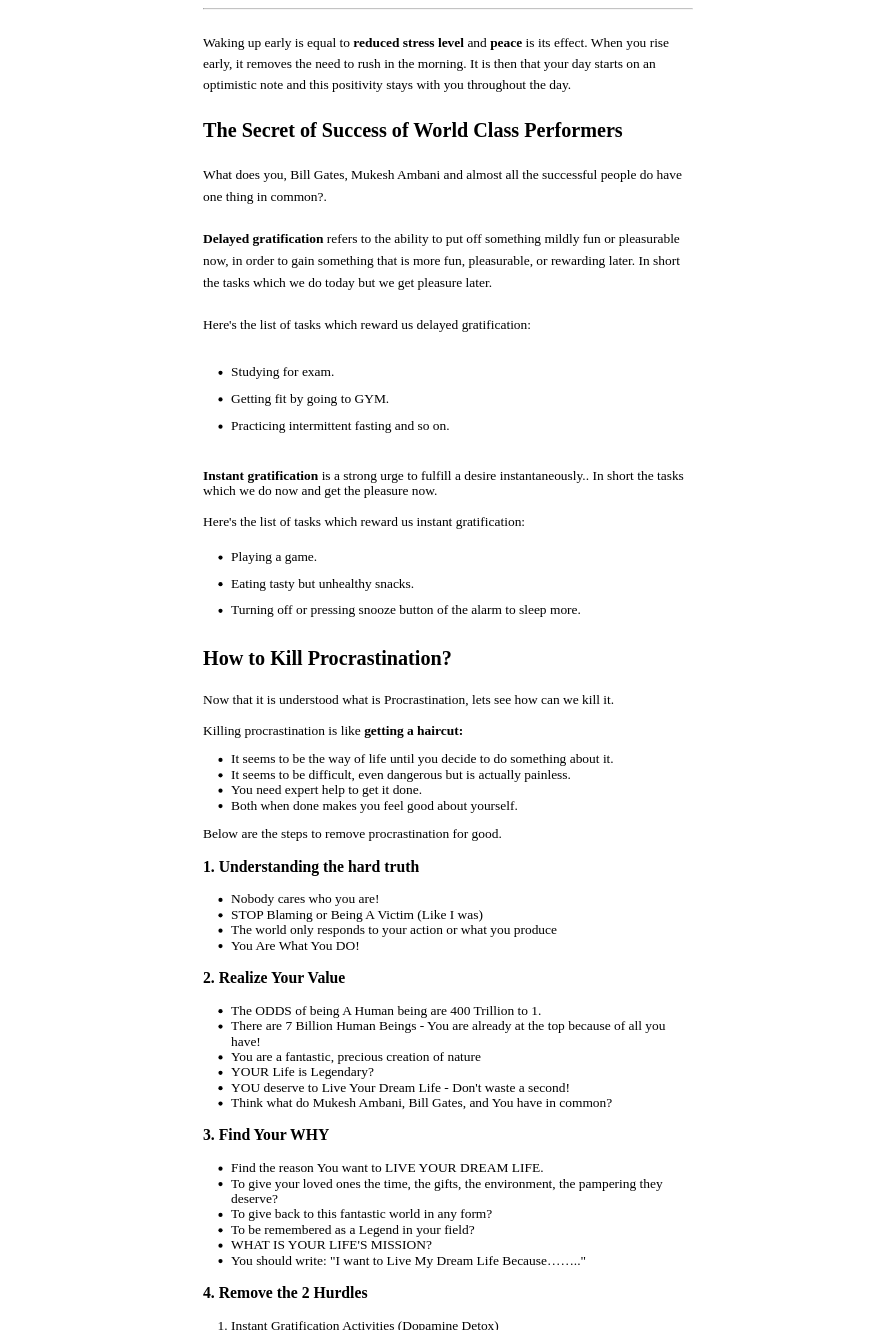
Repository: PuneetP16/Portfolio
Page: Wake Up At 5 AM Every Single Day Like Clockwork.html
The author's editor kept a copy of each file at every save. The page is drawn from the files as they stood at one save, then again after the next save.
The browser window is 1280 px wide. The pictures show the part of the page from y = 751 to 2651 px (the page is 4174 px tall), at 70% of full size.
A picture or video elsewhere on the page could not be fetched, so the positions and the page height are approximate. Some web fonts or font styles are not loaded; a fallback is used.

Above is the page before, as saved 2021-12-10 02:33:00.

### Wake Up At 5 AM Every Single Day Like Clockwork.html
<!DOCTYPE html>
<html lang="en">

<head>
  <meta charset="UTF-8" />
  <meta name="viewport" content="width=device-width, initial-scale=1.0" />
  <title>Wake Up At 5 AM Every Single Day Like Clockwork: Practical Approach</title>
  <link rel="stylesheet" href="style.css" />
</head>

<body>
  <div class="blog-container blog-container-center" style="margin-top: 5rem">
    <h1 class="main-head">Wake Up At 5 AM Every Single Day Like Clockwork: Practical Approach</h1>
    <strong> December 5, 2021</strong>
    <header class="blog-head">
      <img class="blog-img"
        src="Images/sage-friedman-HS5CLnQbCOc-unsplash.jpg"
        alt="Code" />
    </header>

    <hr />

    <p class="blog-paragraph">
      Waking up early is equal to <strong>reduced stress level</strong> and <strong>peace</strong> is its effect. When you rise early, it removes the need to rush in the morning. It is then that your day starts on an optimistic note and this positivity stays with you throughout the day.
    </p>

    <h2 class="blog-h2">The Secret of Success of World Class Performers</h2>
    <p class="blog-paragraph">
      What does you, Bill Gates, Mukesh Ambani and almost all the successful people do have one thing in common?. <br>
      <br>
      <strong>Delayed gratification</strong> refers to the ability to put off something mildly fun or pleasurable now, in order to gain something that is more fun, pleasurable, or rewarding later. In short the tasks which we do today but we get pleasure later. <br><br>
        Here's the list of tasks which reward us delayed gratification:
      <ul style="line-height: 2">
        <li>Studying for exam.</li>
        <li>Getting fit by going to GYM.</li>
        <li>Practicing intermittent fasting and so on.</li>
      </ul>
      <br>
      <strong>Instant gratification</strong> is a strong urge to fulfill a desire instantaneously.. In short the tasks which we do now and get the pleasure now. <br><br>
        Here's the list of tasks which reward us instant gratification:
      <ul style="line-height: 2">
        <li>Playing a game.</li>
        <li>Eating tasty but unhealthy snacks.</li>
        <li>Turning off or pressing snooze button of the alarm to sleep more.</li>
      </ul>
      <h2 class="blog-h2">How to Kill Procrastination?</h2>
      Now that it is understood what is Procrastination, lets see how can we kill it.<br><br>
      Killing procrastination is like <strong> getting a haircut:</strong> <br>
      <ul>
        <li>It seems to be the way of life until you decide to do something about it.</li>
        <li>It seems to be difficult, even dangerous but is actually painless.</li>
        <li>You need expert help to get it done.</li>
        <li>Both when done makes you feel good about yourself.</li>
      </ul>
      Below are the steps to remove procrastination for good.
      <h3>1. Understanding the hard truth </h3>
      <ul>
        <li>Nobody cares who you are!</li>
        <li>STOP Blaming or Being A Victim (Like I was) </li>
        <li>The world only responds to your action or what you produce</li>
        <li>You Are What You DO!</li>
      </ul>

      <h3>2. Realize Your Value</h3>
      <ul>
        <li>The ODDS of being A Human being are 400 Trillion to 1. </li>
        <li>There are 7 Billion Human Beings - You are already at the top because of all you have!</li>
        <li>You are a fantastic, precious creation of nature</li>
        <li>YOUR Life is Legendary?</li>
        <li>YOU deserve to Live Your Dream Life - Don't waste a second!</li>
        <li>Think what do Mukesh Ambani, Bill Gates, and You have in common?</li>
      </ul>

      <h3>3. Find Your WHY </h3>
      <ul>
        <li>Find the reason You want to LIVE YOUR DREAM LIFE.</li>
        <li>To give your loved ones the time, the gifts, the environment, the pampering they deserve?</li>
        <li>To give back to this fantastic world in any form?</li>
        <li>To be remembered as a Legend in your field? </li>
        <li>WHAT IS YOUR LIFE'S MISSION?</li>
        <li>You should write: "I want to Live My Dream Life Because…….."</li>
      </ul>

      <h3>4. Remove the 2 Hurdles</h3>
      <ol>
        <li>Instant Gratification Activities (Dopamine Detox)</li>
        <li>Your 1 Toxic Habit (Use I.E.R)</li>
      </ol>

      <h4>1st Hurdle: Instant Gratification Activities (Dopamine Detox)</h4>
      <ul>
        <li>Block ALL Notifications in your phone.</li>
        <li>Go to Settings -> Notifications</li>
        <li>Turn notifications off for ALL Apps</li>
        <li>This includes YouTube, Facebook, Instagram,  Amazon, Flipkart, Myntra, & ALL News apps etc.</li>
        <li>Such a Simple Step can itself show immediate benefits.</li>
        <li>Digital Detox - For the next 24 Hours - No Videos of any Kind, No Social Media, No Video Games, no songs.</li>
        <li>You can only read, write, talk, walk, eat simple food.</li>
      </ul>

      <h4>2nd Hurdle: Your 1 Toxic Habit (Use I.E.R)</h4>
      <ul>
        <li>I for identify: What is the one unproductive habit that takes up all your spare time?</li>
        <li>E for Eliminate: Remove it from the root. Never do it again.</li>
        <li>R for Replace: With 1 productive habit which contributes to your long-term growth. Make it easily accessible. Productive habits can be anything reading, writing, training or being with family.</li>
        <li>1 toxic habit wastes 80-90% of your time. Implementing this TODAY will dramatically transform you day.</li>
      </ul>

      <h3>5. Take Action NOW.</h3>
      <ol>
        <li>STEP 1: Write Down " I need to Live My Dream Life because..."</li>
        <li>STEP 2: Block ALL app notifications & go on a Digital Detox for 24 hours.</li>
        <li>STEP 3: Identify, Eliminate and Replace your one TOXIC HABIT. </li>
      </ol>
      I recommend to use the following worksheet to remove procrastination for good. <br>
      <a href="https://paruluniversityacin-my.sharepoint.com/:w:/g/personal/180305221005_paruluniversity_ac_in/Ebi1ldGi0OpBhula2y21DAMBttAGShh9H3HnfXRHy4TEcg?e=gIK8Ci">Digital worksheet for killing procrastination and finding your WHY.</a>
    <h2 class="blog-h2">Final Words</h2>
      <h3 class="quotes">If You Procrastinate on Killing Procrastination, Procrastination will kill you!</h3>
      <h3 class="quotes">Nothing can stop the man who will bet even his own existence on his stated purpose.</h3>

    <hr />

    <footer class="blog-footer">
      <div><strong>Social media handle's</strong></div>
      <ul class="social-links list-non-bullet">
        <li class="list-item-inline">
          <a class="link" href="https://twitter.com/PatelPuneet16" target="_blank">Twitter</a>
        </li>
        <li class="list-item-inline">
          <a class="link" href="https://github.com/PuneetP16" target="_blank">Github</a>
        </li>
        <li class="list-item-inline">
          <a class="link" href="https://www.linkedin.com/in/puneet-patel-96b607a0/" target="_blank">LinkedIn</a>
        </li>
      </ul>
    </footer>
  </div>
</body>

</html>

### style.css
@import url('https://fonts.googleapis.com/css2?family=Fuzzy+Bubbles&family=Merriweather&family=Montserrat:ital,wght@0,400;1,500&family=Sacramento&display=swap');

:root {
  --primary-color: #F87171;
  --off-white: #f3f4f6;
  --dark-gray: #6b7280;
}

body {
  font-family: 'Fuzzy Bubbles', cursive;
  max-width: 85%;
  margin: 0px auto;
  font-size: 1.2rem;
}

.container {
  padding-left: 1rem;
  padding-right: 1rem;
}

.container-center {
  max-width: 900px;
  width: 100%;
  margin: auto;
}

.container-center h1 {
  font-family: 'Sacramento', cursive;
  font-size: 2.4rem;
}

hr {
  margin: 2rem 0;
}

/** links **/
.link {
  text-decoration: none;
  border-radius: 0.5rem;
  padding: 0.8rem 0.8rem;
  margin-top: 0.5rem;
  margin-bottom: 0.5rem;
  display: inline-block;
}

.link-primary {
  background-color: var(--primary-color);
  color: white;
}

.link-secondary {
  border: 1px solid var(--primary-color);
  color: var(--primary-color);
}

.link-without-decoration {
  display: block;
  text-decoration: none;
  color: white;
  font-size: 2rem;
  margin: auto;
  text-align: center;
  padding-right: 550px;
}

/** Lists **/
.list-non-bullet {
  list-style: none;
  padding-inline-start: 0px;
  margin-block-end: 0px;
}

.list-item-inline {
  display: inline;
  padding: 0rem 0.5rem;
}

.list-item-container {
  padding: 1rem;
  text-align: center;
  border-radius: 1rem;
  margin-top: 1rem;
  margin-bottom: 3rem;
}

/** Navigation **/
.navigation {
  background-color: var(--primary-color);
  color: white;
  padding: 1rem;
  margin-bottom: 2rem;
  border-bottom-left-radius: 2rem;
  border-bottom-right-radius: 2rem;
}

.navigation .nav-head {
  font-weight: bold;
  font-size: 1.2rem;
}

.navigation .nav-pills {
  text-align: right;
  margin-top: 0px;
}

.navigation .link {
  color: white;
  font-size: 1.4rem;
}

.navigation .link-active {
  font-weight: bold;
}

/** Header **/
.hero {
  padding: 2rem;
}

.hero .hero-img {
  max-width: 450px;
  display: block;
  margin: auto;
}

.hero .hero-heading {
  color: var(--dark-gray);
  text-align: center;
}

.hero .hero-heading span {
  color: var(--primary-color);
}
/** Sections **/

.section {
  margin-top: 2rem;
  padding: 2rem;
  border-radius: 1rem;
  text-align: center;
}

.section p {
  font-size: 1.2rem;
}

.ow {
  background-color: var(--off-white);
}

/** Footer **/
.footer {
  background-color: var(--primary-color);
  color: white;
  margin-top: 2rem;
  padding: 2rem;
  padding-top: 20px;
  padding-bottom: 16px;
  border-top-right-radius: 1rem;
  text-align: center;
  border-top-left-radius: 3rem;
  border-top-right-radius: 3rem;
}

.footer .footer-header {
  font-weight: bold;
  font-size: large;
}

.footer .link {
  color: white;
}

.footer .social-links {
  padding-inline-start: 0px;
  margin-top: 8 px;
}

/** Blog Styling **/

.blog-container {
  padding-left: 1rem;
  padding-right: 1rem;
}

.blog-container-center {
  max-width: 700px;
  width: 100%;
  margin: auto;
}

div .blog-paragraph {
  margin-top: 2rem;
  margin-bottom: 2rem;
  line-height: 1.6;
}

div .blog-h2 {
  margin-top: 2rem;
  margin-bottom: 2rem;
}

div .blog-img {
  width: 100%;
  display: block;
}

div .blog-head {
  padding: 1rem;
}

/** blog footer **/

.blog-footer {
  color: Black;
  margin-top: 2rem;
  padding: 2rem;
  border-top-right-radius: 1rem;
  text-align: center;
}

.blog-footer .link {
  color: blue;
}

.main-head {
  font-weight: normal;
  margin-bottom: 0.5rem;
}

.quotes {
  text-align: center;
  font-size: 1.6rem;
  color:darkcyan;
}

.contact-me {
  background-color:#FEE2E2;
  padding: 0.05rem 0.5rem 2rem 0.5rem;
  border-radius: 1rem;
  font-size: 1.13rem;
}


.contact-me .btn{
  /* text-align: center;
  width: auto; */
  border-radius: 15px;
  font-size: 20px;
  font-weight: 600;
  background-color: var(--primary-color);
  color: white;
  padding: 10px 30px;
  border: 2px solid #000000;
  margin: auto;
  margin-top: 1rem;
  cursor: pointer;
  max-width: 85%;
}

.contact-me .btn:hover{
  background-color: #5FA8D3;
  color: #1B4965;
}

After the next save:
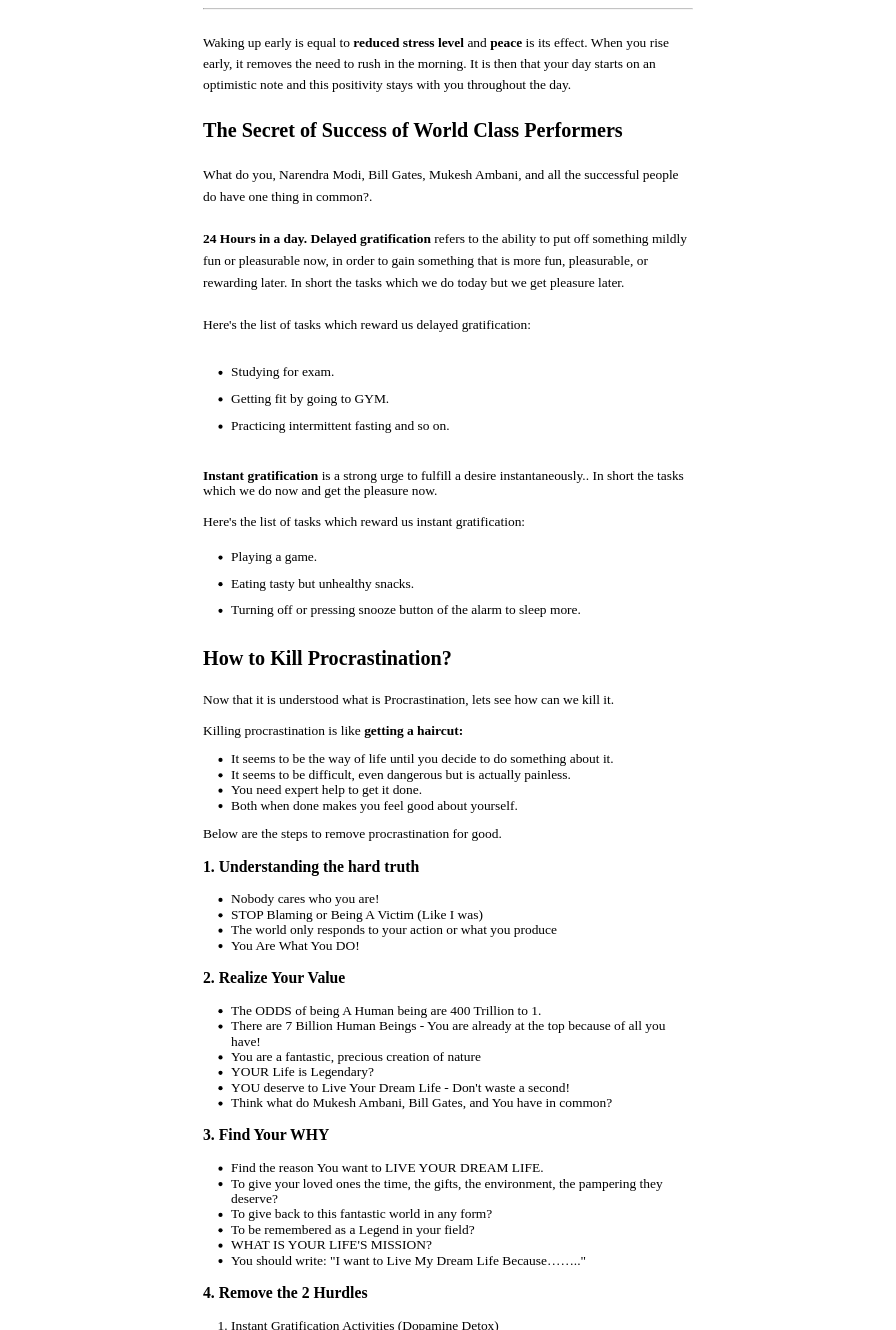
Saved 5 min 27 s later.
--- a/Wake Up At 5 AM Every Single Day Like Clockwork.html
+++ b/Wake Up At 5 AM Every Single Day Like Clockwork.html
@@ -26,8 +26,9 @@
 
     <h2 class="blog-h2">The Secret of Success of World Class Performers</h2>
     <p class="blog-paragraph">
-      What does you, Bill Gates, Mukesh Ambani and almost all the successful people do have one thing in common?. <br>
-      <br>
+      What do you, Narendra Modi, Bill Gates, Mukesh Ambani, and all the successful people do have one thing in common?.
+     <br>
+      <br>  <strong>24 Hours in a day.</strong>
       <strong>Delayed gratification</strong> refers to the ability to put off something mildly fun or pleasurable now, in order to gain something that is more fun, pleasurable, or rewarding later. In short the tasks which we do today but we get pleasure later. <br><br>
         Here's the list of tasks which reward us delayed gratification:
       <ul style="line-height: 2">
